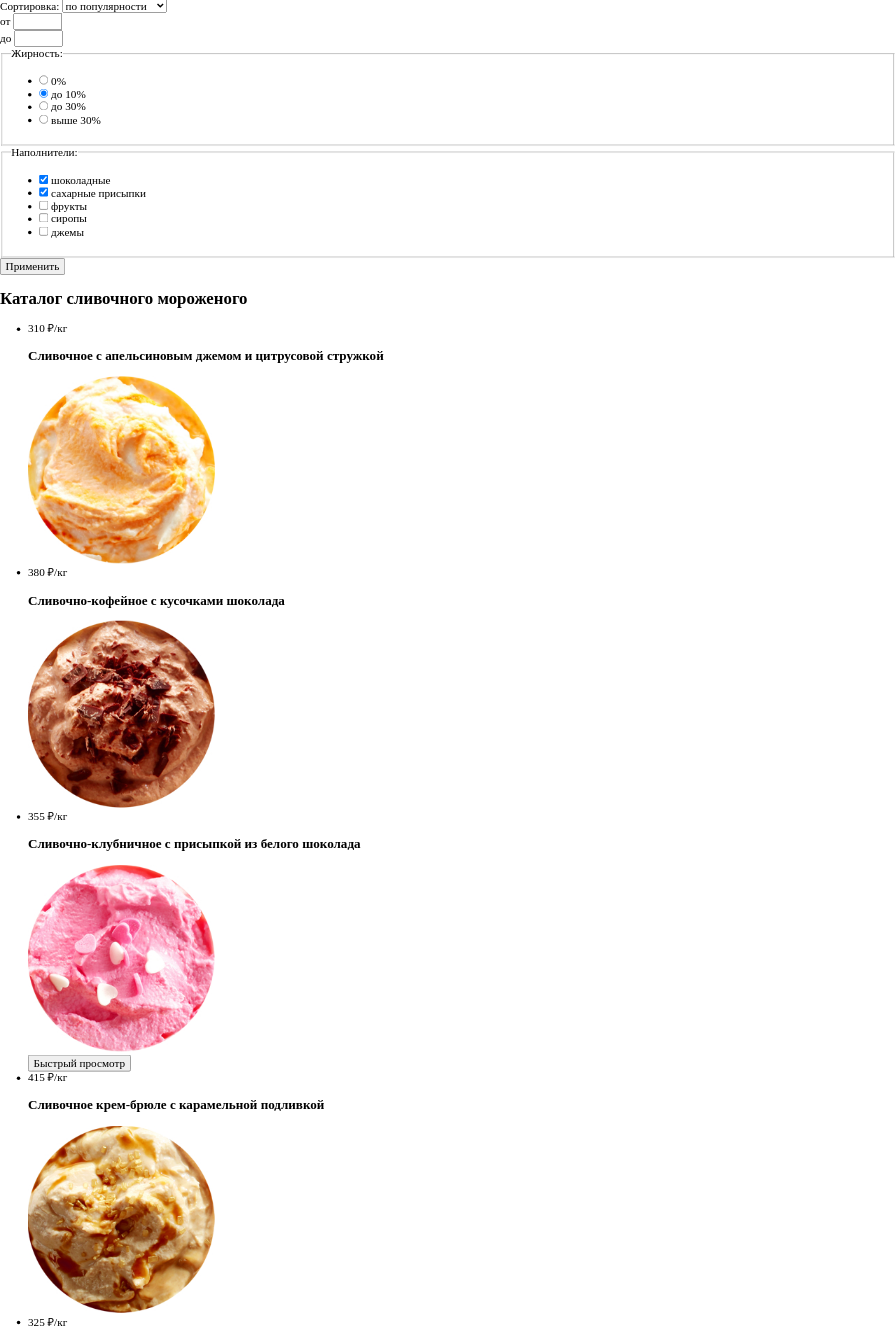
Repository: Insolent13/ice-cream-shop
Page: catalog.html
An editor plug-in stored every save of this project. The page is shown before and after a run of saves, followed by the edit.
The browser window is 1280 px wide. The pictures show the part of the page from y = 1614 to 3534 px (the page is 6863 px tall before and 6879 px after), at 70% of full size.

Above is the page before, as saved 2023-12-18 02:16:45.

After the next 2 saves:
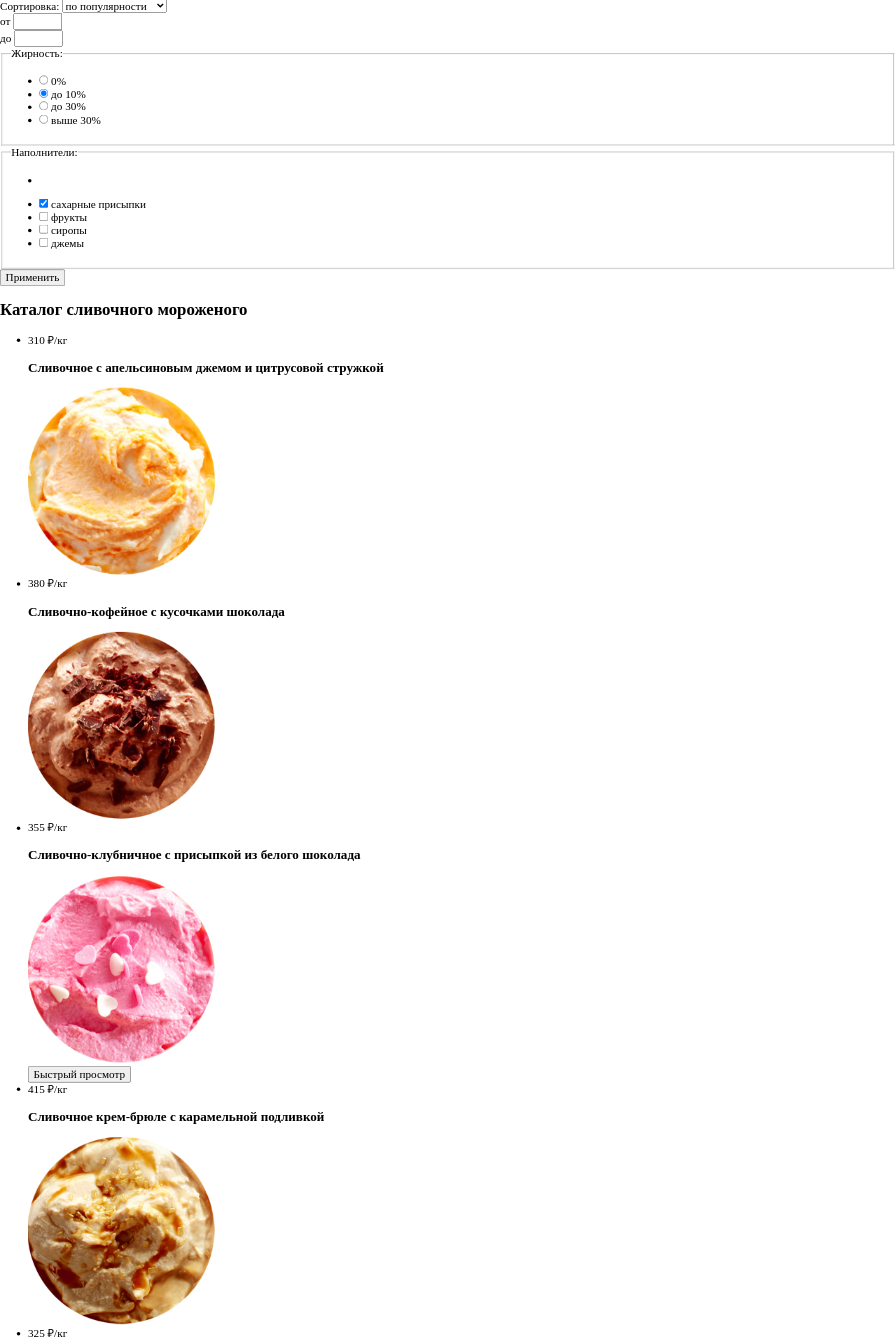
The 2 saves are shown as one change because they came seconds apart.
The last was saved 14 s later.
--- a/catalog.html
+++ b/catalog.html
@@ -269,13 +269,7 @@
                   <div class="filters__item-container filters__item-container--checkbox">
 
                   </div>
-                    <input class="filter-input-checkbox filter-input"
-                      type="checkbox"
-                      name="chocolate"
-                      id="filter-chocolate"
-                      checked
-                    />
-                    <label for="filter-chocolate">шоколадные</label>
+
                   </li>
               <li class="filter-option filter-checkbox">
                 <input class="filter-input-checkbox filter-input"

After the save that followed:
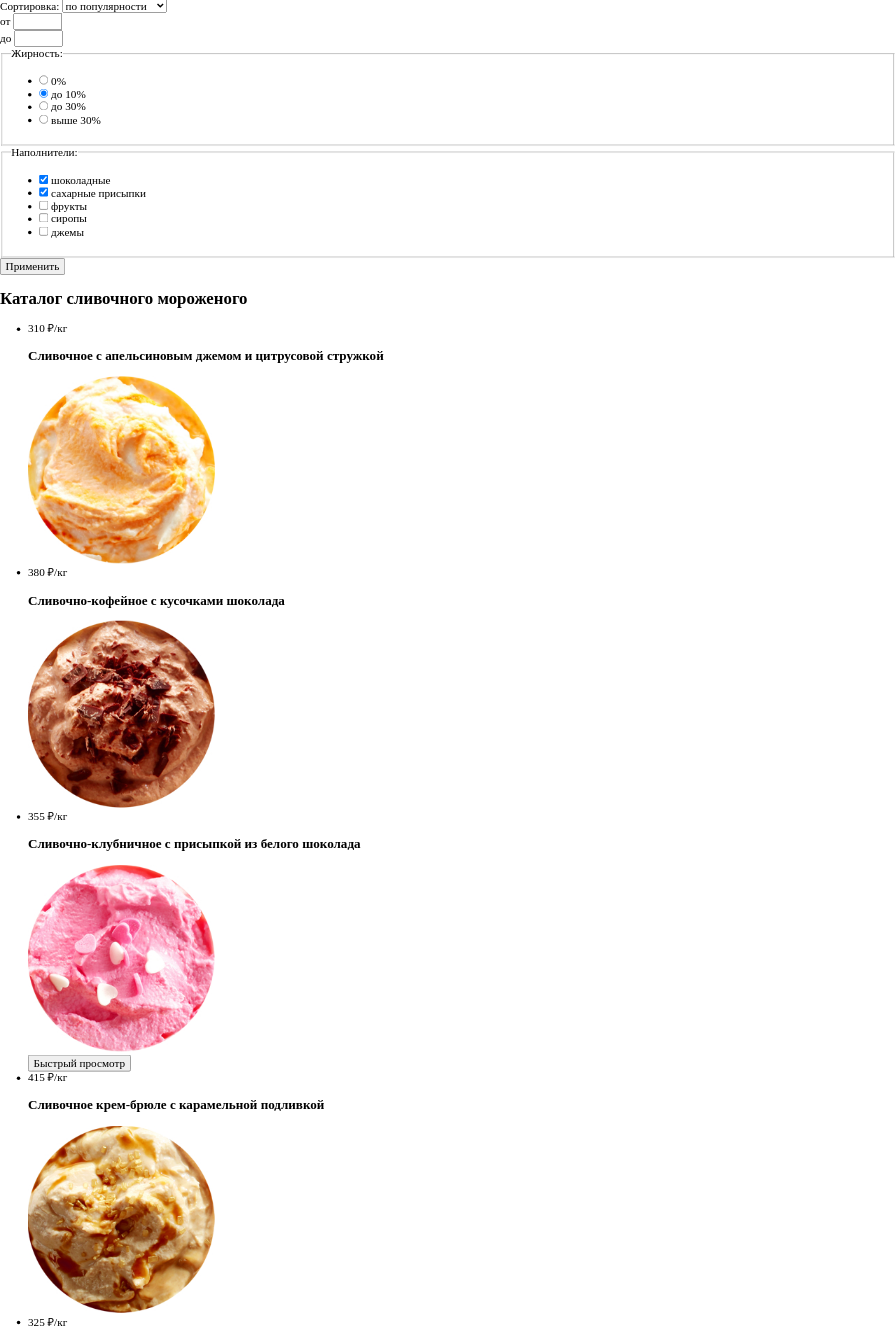
Saved 4 s later.
--- a/catalog.html
+++ b/catalog.html
@@ -267,7 +267,13 @@
               <ul class="filters__fieldset-list">
                 <li class="filters__fieldset-item">
                   <div class="filters__item-container filters__item-container--checkbox">
-
+                    <input class="filter-input-checkbox filter-input"
+                      type="checkbox"
+                      name="chocolate"
+                      id="filter-chocolate"
+                      checked
+                    />
+                    <label for="filter-chocolate">шоколадные</label>
                   </div>
 
                   </li>
